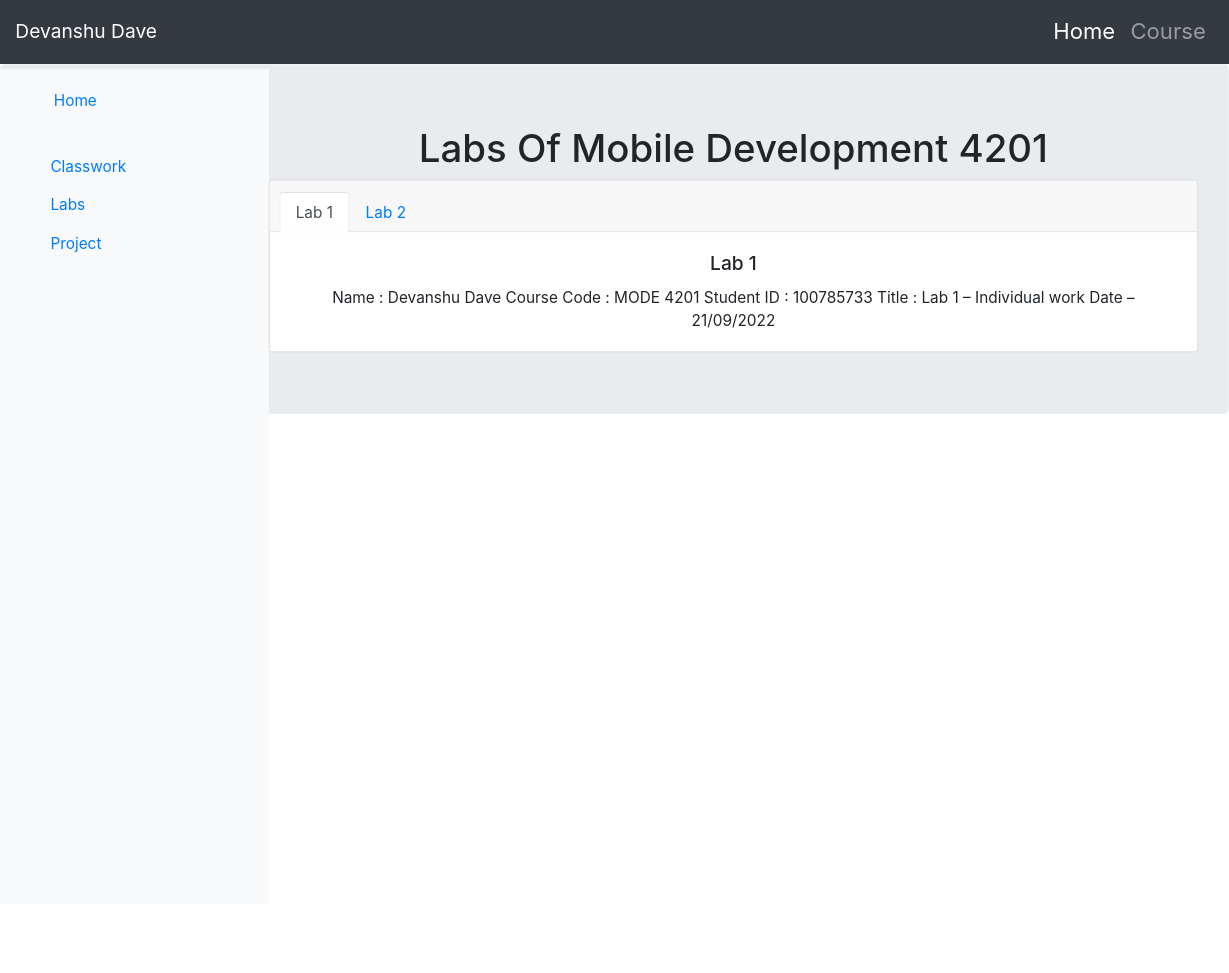
Repository: devanshudave1901/Mobile-Dev-Website
Page: labs.html
An editor plug-in stored every save of this project. The page is shown before and after the next save, followed by the edit.
The browser window is 1280 px wide. The pictures show the whole page, at 96% of full size.
Some web libraries are served in a nearby version.

Above is the page before, as saved 2022-10-05 15:28:10.

### labs.html
<!DOCTYPE html>
<html lang="en">
  <head>
    <meta charset="UTF-8" />
    <meta http-equiv="X-UA-Compatible" content="IE=edge" />
    <meta name="viewport" content="width=device-width, initial-scale=1.0" />
    <link
      rel="stylesheet"
      href="https://cdn.jsdelivr.net/npm/bootstrap@4.0.0/dist/css/bootstrap.min.css"
      integrity="sha384-Gn5384xqQ1aoWXA+058RXPxPg6fy4IWvTNh0E263XmFcJlSAwiGgFAW/dAiS6JXm"
      crossorigin="anonymous"
    />
    <link
      href="https://maxcdn.bootstrapcdn.com/font-awesome/4.2.0/css/font-awesome.min.css"
      rel="stylesheet"
    />
    <link rel="stylesheet" href="./css/style.css" />

    <style>
      .navbar-nav {
        margin-left: auto;
        font-size: 23px;
      }
      .welcomeHeading {
        text-shadow: 2px 2px red;
        text-align: center;
      }
      .welcomeText {
        text-align: center;
        font-family: "Sofia", sans-serif;
      }
      .featurette-heading {
        font-weight: 300;
        line-height: 1;
        letter-spacing: -0.05rem;
        margin-top: 20%;
      }
      .profileIamge {
        width: 250px;

        left: 300px;
      }
      .mobileDevProfile {
        margin-top: 10%;
        left: 100px;
      }
      .main {
        display: flex;
        flex-wrap: nowrap;
        height: 100vh;
        height: -webkit-fill-available;
        max-height: 100vh;
        overflow-x: auto;
        overflow-y: hidden;
      }
      .sideBar {
        height: 870px;
      }
    </style>
    <script
      src="https://code.jquery.com/jquery-3.2.1.slim.min.js"
      integrity="sha384-KJ3o2DKtIkvYIK3UENzmM7KCkRr/rE9/Qpg6aAZGJwFDMVNA/GpGFF93hXpG5KkN"
      crossorigin="anonymous"
    ></script>
    <script
      src="https://cdn.jsdelivr.net/npm/popper.js@1.12.9/dist/umd/popper.min.js"
      integrity="sha384-ApNbgh9B+Y1QKtv3Rn7W3mgPxhU9K/ScQsAP7hUibX39j7fakFPskvXusvfa0b4Q"
      crossorigin="anonymous"
    ></script>
    <script
      src="https://cdn.jsdelivr.net/npm/bootstrap@4.0.0/dist/js/bootstrap.min.js"
      integrity="sha384-JZR6Spejh4U02d8jOt6vLEHfe/JQGiRRSQQxSfFWpi1MquVdAyjUar5+76PVCmYl"
      crossorigin="anonymous"
    ></script>
    <title>Mobile Development - Lab 2</title>
  </head>
  <body>
    <div id="navBar">
      <nav class="navbar sticky-top navbar-expand-lg navbar-dark bg-dark">
        <a class="navbar-brand" href="#">Devanshu Dave</a>

        <div class="collapse navbar-collapse" id="navbarNavDropdown">
          <ul class="navbar-nav" mr-auto>
            <li class="nav-item active">
              <a class="nav-link" href="./index.html"
                >Home <span class="sr-only">(current)</span></a
              >
            </li>
            <li class="nav-item">
              <a class="nav-link" href="./course.html">Course</a>
            </li>
          </ul>
        </div>
      </nav>
    </div>
    <div id="sideBar">
        <div
        class="d-flex flex-column flex-shrink-0 p-3 bg-light sideBar"
        style="width: 280px"
      >
        <a
          href="/"
          class="d-flex align-items-center mb-3 mb-md-0 me-md-auto link-dark text-decoration-none"
        >
          <svg class="bi me-2" width="40" height="32">
            <use xlink:href="#bootstrap" />
          </svg>
          <span class="fs-4">Home</span>
        </a>
        <hr />
        <ul class="nav nav-pills flex-column mb-auto">
          <li>
            <a href="index.html" class="nav-link link-dark">
              <svg class="bi me-2" width="16" height="16">
                <use xlink:href="#table" />
              </svg>
              Classwork
            </a>
          </li>
          <li class="nav-item">
            <a href="labs.html" class="nav-link" aria-current="page">
              <svg class="bi me-2" width="16" height="16">
                <use xlink:href="#home" />
              </svg>
              Labs
            </a>
          </li>
          <li>
            <a href="#" class="nav-link link-dark">
              <svg class="bi me-2" width="16" height="16">
                <use xlink:href="#speedometer2" />
              </svg>
              Project
            </a>
          </li>
        </ul>
        <hr />
      </div>
      <br />
      <br />
      <br />
    </div></div>
    <div id="mainBar">
        <div class="jumbotron">
        <h1>Labs Of Mobile Development 4201</h1>

        <div class="card text-center">
            <div class="card-header">
              <ul class="nav nav-tabs card-header-tabs">
                <li class="nav-item">
                  <a class="nav-link active" href="">Lab 1</a>
                </li>
                <li class="nav-item">
                  <a class="nav-link" href="#">Lab 2</a>
                </li>

              </ul>
            </div>
            <div class="card-body">
              <h5 class="card-title">Lab 1</h5>
              <p class="card-text">
                Name : Devanshu Dave
				Course Code : MODE 4201
				Student ID : 100785733
				Title : Lab 1 – Individual work
				Date – 21/09/2022


              </p>

            </div>
          </div>
      </div></div>
  </body>
</html>

### css/style.css
#sideBar {
  height: 570px;
  margin-top: 5px;
  float: left;
  /* text-align: center; */
}

#mainBar {
  text-align: center;
}

After the next save:
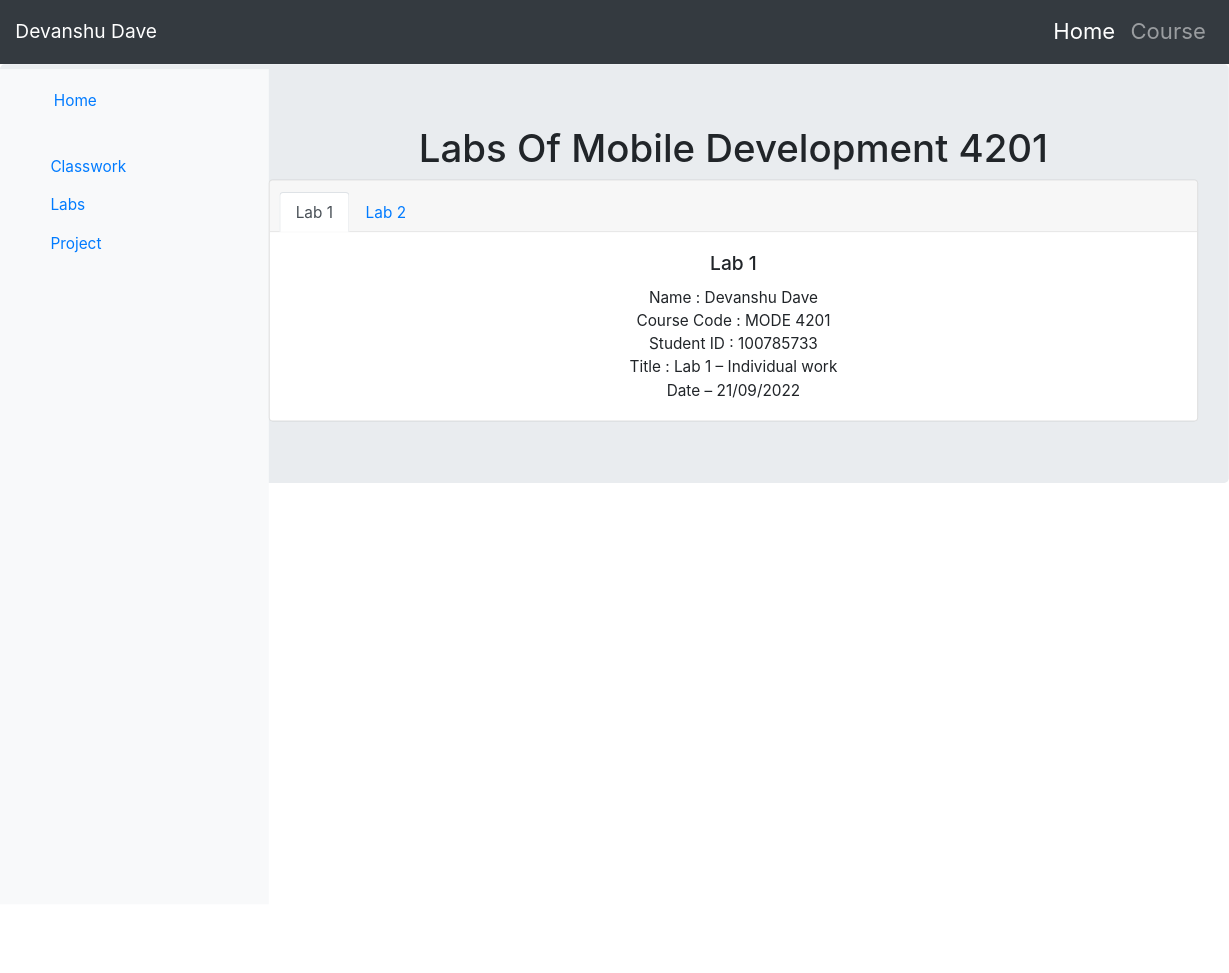
Saved 38 s later.
--- a/labs.html
+++ b/labs.html
@@ -159,11 +159,11 @@
             <div class="card-body">
               <h5 class="card-title">Lab 1</h5>
               <p class="card-text">
-                Name : Devanshu Dave
-				Course Code : MODE 4201
-				Student ID : 100785733
-				Title : Lab 1 – Individual work
-				Date – 21/09/2022
+                Name : Devanshu Dave <br/>
+				Course Code : MODE 4201<br/>
+				Student ID : 100785733<br/>
+				Title : Lab 1 – Individual work<br/>
+				Date – 21/09/2022<br/>
 
 
               </p>
